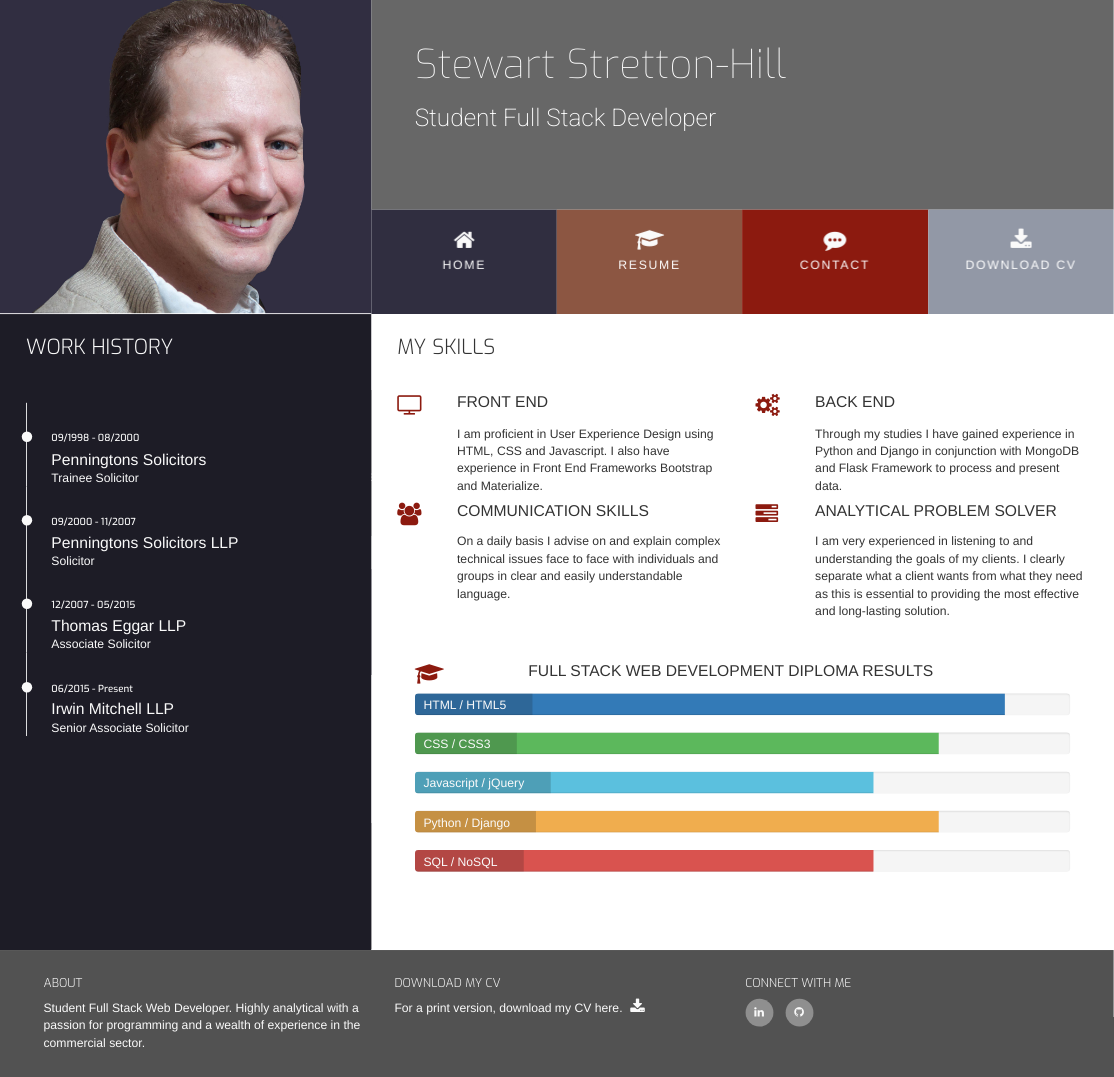
Repository: Shilldon/CV
Page: resume.html
The author's editor kept a record of every edit. The page is drawn from the files as they stood at one moment, then again after the next edit.
The browser window is 1280 px wide. The pictures show the whole page, at 87% of full size.

Above is the page before.

### resume.html
<!DOCTYPE html>
<html lang="en">

<head>
    <link rel="stylesheet" href="https://maxcdn.bootstrapcdn.com/bootstrap/3.3.7/css/bootstrap.min.css" type="text/css" />
    <link rel="stylesheet" href="https://stackpath.bootstrapcdn.com/font-awesome/4.7.0/css/font-awesome.min.css" type="text/css" />
    <link rel="stylesheet" href="https://cdnjs.cloudflare.com/ajax/libs/hover.css/2.3.1/css/hover-min.css" type="text/css" />
    <link rel="stylesheet" href="assets/css/style.css" type="text/css" />
    <meta name="viewport" content="width=device-width, initial-scale-1">
</head>

<body>
    <header class="container-fluid">
        <div class="row">
            <a href="index.html" alt="profile image">
                <div class="col-md-4 logo"></div>
            </a>
            <div class="col-md-8">
                <div class="row bg-color-name-title">
                    <div class="heading">
                        <h1 class="name">Stewart Stretton-Hill</h1>
                        <h2 class="title">Student Full Stack Developer</h2>
                    </div>
                </div>

                <div class="row">
                    <ul id="nav" class="list-inline clearfix">
                        <li class="col-xs-6 col-sm-3 ui-menu-color-home menuitem">
                            <a href="index.html" class="hvr-sweep-to-bottom"><i class="fa fa-home" aria-hidden="true"></i><span>Home</span></a>
                        </li>
                        <li class="col-xs-6 col-sm-3 ui-menu-color-resume menuitem">
                            <a href="resume.html" class="hvr-sweep-to-bottom"><i class="fa fa-graduation-cap" aria-hidden="true"></i><span>Resume</span></a>
                        </li>
                        <li class="col-xs-6 col-sm-3 ui-menu-color-contact menuitem">
                            <a href="contact.html" class="hvr-sweep-to-bottom"><i class="fa fa-commenting" aria-hidden="true"></i><span>Contact</span></a>
                        </li>
                        <li class="col-xs-6 col-sm-3 ui-menu-color-download menuitem">
                            <a href="assets/cv/sample-cv.pdf" target="_blank" class="hvr-sweep-to-bottom"><i class="fa fa-download" aria-hidden="true"></i><span>Download CV</span></a>
                        </li>
                    </ul>
                </div>
            </div>
        </div>
    </header>

    <section class="container-fluid">
        <div class="row row-table">
            <div class="col-xs-12 col-sm-12 col-md-4 bg-color-work-history section-column">
                <div class="row">
                    <div class="col-md-12">
                        <h3 class="history-heading uppercase">Work History</h3>
                    </div>
                </div>

                <div class="history-items">
                    <div class="timeline-item" dates="09/1998 - 08/2000">
                        <h4>Penningtons Solicitors</h4>
                        <p>Trainee Solicitor</p>
                    </div>
                    <div class="timeline-item" dates="09/2000 - 11/2007">
                        <h4>Penningtons Solicitors LLP</h4>
                        <p>Solicitor</p>
                    </div>
                    <div class="timeline-item" dates="12/2007 - 05/2015">
                        <h4>Thomas Eggar LLP</h4>
                        <p>Associate Solicitor</p>
                    </div>
                    <div class="timeline-item" dates="06/2015 - Present">
                        <h4>Irwin Mitchell LLP</h4>
                        <p>Senior Associate Solicitor</p>
                    </div>
                </div>

            </div>
            <div class="col-xs-12 col-sm-12 col-md-8 bg-color-three-reasons section-column">
                <div class="row">
                    <div class="col-md-12">
                        <h3 class="section-heading uppercase">My Skills</h3>
                    </div>
                </div>

                <div class="row">
                    <div class="col-xs-10 col-xs-offset-1 col-sm-offset-0 col-sm-4 col-md-6">
                        <div class="row">
                            <div class="col-xs-2 col-sm-2 col-md-2">
                                <i class="three-reasons-icon fa fa-tv" aria-hidden="true"></i>
                            </div>
                            <div class="col-xs-10 col-sm-10 ">
                                <h4 class="three-reasons-heading uppercase">Front End</h4>
                                <p>
                                    I am proficient in User Experience Design using HTML, CSS and Javascript. I also have experience in Front End Frameworks Bootstrap and Materialize.
                                </p>
                            </div>
                        </div>
                    </div>
                    <div class="col-xs-10 col-xs-offset-1 col-sm-offset-0 col-sm-4 col-md-6">
                        <div class="row">
                            <div class="col-xs-2 col-sm-2 col-md-2">
                                <i class="three-reasons-icon fa fa-gears" aria-hidden="true"></i>
                            </div>
                            <div class="col-xs-10 col-sm-10 ">
                                <h4 class="three-reasons-heading uppercase">Back End</h4>
                                <p>
                                    Through my studies I have gained experience in Python and Django in conjunction with MongoDB and Flask Framework to process and present data.</p>
                            </div>
                        </div>
                    </div>
                </div>
                <div class="row">
                    <div class="col-xs-10 col-xs-offset-1 col-sm-offset-0 col-sm-4 col-md-6">
                        <div class="row">
                            <div class="col-xs-2 col-sm-2 col-md-2">
                                <i class="three-reasons-icon fa fa-users" aria-hidden="true"></i>
                            </div>
                            <div class="col-xs-10 col-sm-10 ">
                                <h4 class="three-reasons-heading uppercase">Communication Skills</h4>
                                <p>
                                    On a daily basis I advise on and explain complex technical issues face to face with individuals and groups in clear and easily understandable language.
                                </p>
                            </div>
                        </div>
                    </div>
                    <div class="col-xs-10 col-xs-offset-1 col-sm-offset-0 col-sm-4 col-md-6">
                        <div class="row">
                            <div class="col-xs-2 col-sm-2 col-md-2">
                                <i class="three-reasons-icon fa fa-tasks" aria-hidden="true"></i>
                            </div>
                            <div class="col-xs-10 col-sm-10 ">
                                <h4 class="three-reasons-heading uppercase">Analytical Problem Solver</h4>
                                <p>
                                    I am very experienced in listening to and understanding the goals of my clients. I clearly separate what a client wants from what they need as this is essential to providing the most effective and long-lasting solution.
                                </p>
                            </div>
                        </div>
                    </div>
                </div>
                <div class="progress-section row">
                    <div class="row">
                        <div class="col-xs-2 col-sm-2 col-md-2">
                            <i class="three-reasons-icon fa fa-graduation-cap" aria-hidden="true"></i>
                        </div>
                        <div class="col-xs-10 col-sm-10">
                            <h4 class="three-reasons-heading uppercase">Full Stack Web Development Diploma Results</h4>
                        </div>
                    </div>

                    <div class="progress">
                        <div class="progress-bar" role="progressbar" aria-valuenow="90" aria-valuemin="0" aria-valuemax="100" style="width:90%">
                            <span class="sr-only"> 90% </span>
                            <!-- screen reader only - sr-only -->
                        </div>
                        <span class="progress-type">HTML / HTML5</span>
                    </div>
                    <div class="progress">
                        <div class="progress-bar progress-bar-success" role="progressbar" aria-valuenow="80" aria-valuemin="0" aria-valuemax="100" style="width:80%">
                            <span class="sr-only"> 80% </span>
                            <!-- screen reader only - sr-only -->
                        </div>
                        <span class="progress-type">CSS / CSS3</span>
                    </div>
                    <div class="progress">
                        <div class="progress-bar progress-bar-info" role="progressbar" aria-valuenow="70" aria-valuemin="0" aria-valuemax="100" style="width:70%">
                            <span class="sr-only"> 70% </span>
                            <!-- screen reader only - sr-only -->
                        </div>
                        <span class="progress-type">Javascript / jQuery</span>
                    </div>
                    <div class="progress">
                        <div class="progress-bar progress-bar-warning" role="progressbar" aria-valuenow="80" aria-valuemin="0" aria-valuemax="100" style="width:80%">
                            <span class="sr-only"> 80% </span>
                            <!-- screen reader only - sr-only -->
                        </div>
                        <span class="progress-type">Python / Django</span>
                    </div>
                    <div class="progress">
                        <div class="progress-bar progress-bar-danger" role="progressbar" aria-valuenow="70" aria-valuemin="0" aria-valuemax="100" style="width:70%">
                            <span class="sr-only"> 70% </span>
                            <!-- screen reader only - sr-only -->
                        </div>
                        <span class="progress-type">SQL / NoSQL</span>
                    </div>

                </div>
            </div>
        </div>
    </section>

    <footer class="container-fluid">
        <div id="footer-details" class="row">
            <div class="col-sm-4">
                <h5 class="uppercase general-sub">About</h5>
                <p class="inline-block">
                    Student Full Stack Web Developer. Highly analytical with a passion for programming and a wealth of experience in the commercial sector.
                </p>
            </div>
            <div class="col-sm-4">
                <h5 class="uppercase general-sub">Download My CV</h5>
                <p class="inline-block">
                    For a print version, download my CV here.
                    <a href="assets/cv/sample-cv.pdf" target="_blank" class="cv-pdf"><i class="fa fa-download" aria-hidden="true"></i></a>
                </p>
            </div>
            <div class="col-sm-4">
                <h5 class="uppercase general-sub">Connect with me</h5>
                <ul class="list-inline social-links">
                    <li><a target=".blank" href="https://www.linkedin.com/in/stewartstrettonhill/"><i class="fa fa-linkedin"></i></a></li>
                    <li><a target="_blank" href="https://github.com/Shilldon/"><i class="fa fa-github" aria-hidden="true"></i></i></a></li>
                </ul>
            </div>
        </div>

    </footer>
</body>

</html>

### assets/css/style.css
@import url('https://fonts.googleapis.com/css?family=Roboto:100,200,300,400,500,600,700|Exo:100,200,300,400,500,600,700');

/*-------------------------------------------Colors*/

.bg-color-name-title {
    background-color: #676767;
}

.bg-color-three-reasons {
    background-color: #ffffff;
}

.bg-color-personal-info {
    background-color: #f4f4f4;
}

.bg-color-work-history {
    background-color: rgb(29, 28, 38);
}

.bg-color-contact {
    background-color: #ffffff;
}

.ui-menu-color-home {
    background-color: #302E40;
}

.ui-menu-color-resume {
    background-color: #8C5642;
}

.ui-menu-color-contact {
    background-color: #8C1A0F;
}

.ui-menu-color-download {
    background-color: #9298A6;
}


/*-------------------------------------------Special Padding/Margins/Text*/

h1,
h2,
h3,
h4 {
    margin: 0;
}

.uppercase {
    text-transform: uppercase;
}

.general-sub {
    font-family: "Exo", sans-serif;
    font-weight: 300;
    color: #fafafa;
}

.inline-block {
    display: inline-block;
}

.row-table {
    display: table;
}

.history-heading,
.section-heading {
    font-family: "Exo", sans-serif;
    font-weight: 300;
    margin-top: 25px;
    margin-bottom: 40px;
}

/*-------------------------------------------Heading*/

header {
    margin: 0;
}

.heading {
    margin-left: 50px;
}

.logo {
    background: url("../images/headshot.jpg");
    background-position: center;
    background-repeat: no-repeat;
    background-size: cover;
    min-height: 360px;
    transition: all .5s ease-in-out;
    -moz-transition: all .5s ease-in-out;
    -webkit-transition: all .5s ease-in-out;
}

.name {
    font-family: "Exo", sans-serif;
    font-weight: 100;
    font-size: 46px;
    margin-top: 50px;
    color: #ffffff;
}

.title {
    font-family: "Roboto", sans-serif;
    font-weight: 200;
    font-size: 28px;
    margin-top: 20px;
    margin-bottom: 90px;
    color: #ffffff;
}

#nav {
    margin: 0;
}

#nav li {
    padding: 0;
}

.menuitem {
    height: 120px;
    text-align: center;
    padding: 0;
}

.menuitem a {
    width: 100%;
    text-decoration: none;
    color: #ffffff;
    height: 120px;
}

.menuitem a i {
    padding-top: 22px;
    display: block;
    color: #fafafa;
    font-size: 26px;
}

.menuitem span {
    display: block;
    width: 100%;
    padding-top: 5px;
    text-align: center;
    text-transform: uppercase;
    font-size: 14px;
    font-weight: 300;
    letter-spacing: 2px;
}

/*-------------------------------------------Hover.css*/

.hvr-sweep-to-bottom:before {
    background: rgba(0, 0, 0, 0.2);
    height: 120px;
}


/*-------------------------------------------Footer*/

footer {
    background-color: #525252;
    color: #fafafa;
    min-height: 120px;
    margin: 0;
}

footer .cv-pdf i {
    color: #fafafa;
    text-align: center;
    font-size: 18px;
    padding-left: 5px;
}

footer .cv-pdf i:hover {
    color: #e84610;
    transition: all 0.35s ease-in-out;
    -moz-transition: all 0.35s ease-in-out;
    -webkit-transition: all 0.35s ease-in-out;
    -o-transition: all 0.35s ease-in-out;
}

.social-links {
    padding-bottom: 15px;
}

.social-links li a i {
    width: 32px;
    height: 32px;
    padding: 12px 0;
    border-radius: 50%;
    font-size: 13px;
    line-height: 7px;
    text-align: center;
    color: #fafafa;
    background: #8f8f8f;
    transition: all 0.35s ease-in-out;
    -moz-transition: all 0.35s ease-in-out;
    -webkit-transition: all 0.35s ease-in-out;
    -o-transition: all 0.35s ease-in-out;

}

.social-links li a i:hover {
    background: #8C1A0F;

}

#footer-details {
    margin: 20px;
}


/*-------------------------------------------Three Reasons*/

.three-reasons-icon {
    font-size: 26px;
    color: #8C1A0F;

}

.three-reasons-heading {
    margin-bottom: 15px;

}


/*-------------------------------------------Personal Info*/

.personal-info-item {
    margin-bottom: 20px;
    display: block;
    clear: both;

}

.personal-info-item .key,
.personal-info-item .value {
    padding-right: 8px;
}

.personal-info-item .key p,
.personal-info-item .value p {
    margin: 0;
}

.personal-info-item .key {
    display: inline-block;
    width: 30%;
    margin-right: 21px;
    padding-top: 2px;
    vertical-align: top;
}

.personal-info-item .key p {
    font-weight: 700;
}

.personal-info-item .value {
    display: inline-block;
    position: relative;
    width: 60%;
}

/*-------------------------------------------Skills*/

.progress {
    position: relative;
    height: 25px;
}

.progress-type {
    position: absolute;
    /*so text will sit on the progress bar */
    left: 0px;
    font-weight: 400;
    padding: 3px 30px 2px 10px;
    color: #fafafa;
    background-color: rgba(25, 25, 25, 0.2);
}

.progress-section {
    margin: 40px 20px;
}

/*-------------------------------------------Work History*/

.timeline-item {
    padding: 4em 2em 0em 2em;
    position: relative;
    color: #fafafa;
    border-left: 1px solid;
}

.timeline-item p {
    padding: 0;
    margin: 0;

}



.timeline-item::before {
    /*before is a pseudo element */
    content: attr(dates);
    /*search for attribute called dates and display value assocaited with that dates key */
    /*content - i.e. put in whatever the value of content is */
    position: absolute;
    left: 2.5em;
    top: 3em;
    display: block;
    font-family: "Exo", sans-serif;
    font-weight: 500;
    font-size: 0.8em;
    padding: 0;
    margin: 0;

}

.timeline-item::after {
    width: 12px;
    height: 12px;
    display: block;
    top: 2.4em;
    position: absolute;
    left: -6px;
    border-radius: 12px;
    content: '';
    background: #fafafa;
}


.history-heading {
    color: #fafafa;
    margin-bottom: 50px;
}

.history-items {
    margin-bottom: 30px;
}

/*-------------------------------------------Contact*/

.contact-heading {
    font-family: "Exo", sans-serif;
    font-weight: 300;
    margin-top: 25px;
    margin-bottom: 20px;
}
/*
.center-form {
    padding-top: 10px;
    margin: 0 auto;
    max-width: 70%;
}

button[type="submit"] {
    margin-top: 15px;
    margin-bottom: 20px;
    background-color: #e84610;
    color: #fafafa;
}
*/
.contact-details {
    padding:40px;
}
.contact-details .row {
    padding:20px 20px;
}
/*-------------------------------------------Media Queries*/

@media(min-width: 992px) {
    .section-column {
        padding: 0 30px 30px;
        float: none;
        display: table-cell;
    }

    .center-form {
        padding-top: 30px;
        min-height: 240px;
        margin: 0 auto;
        max-width: 50%;
    }
}

After the next edit:
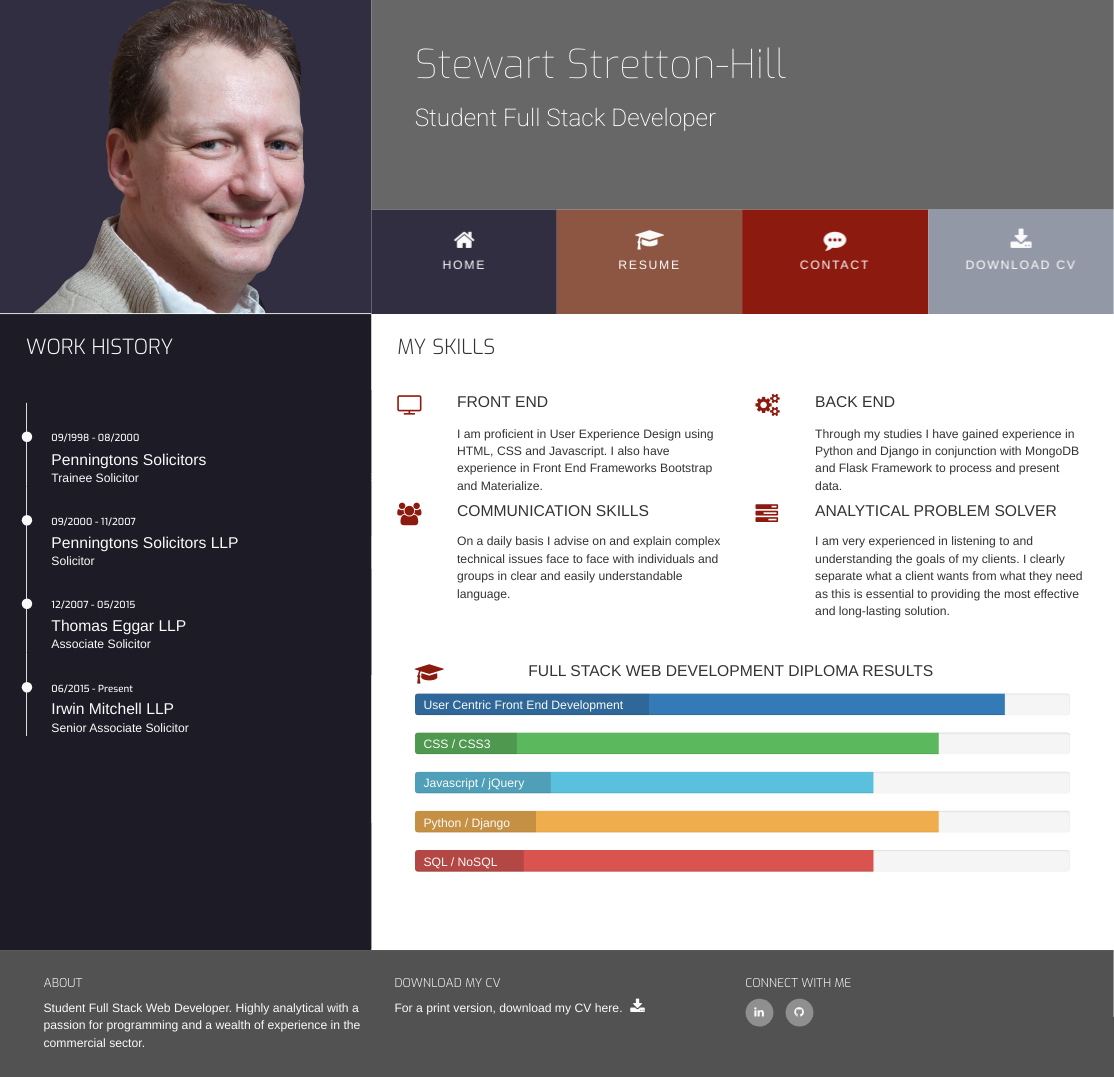
The edit:
--- a/resume.html
+++ b/resume.html
@@ -149,7 +149,7 @@
                             <span class="sr-only"> 90% </span>
                             <!-- screen reader only - sr-only -->
                         </div>
-                        <span class="progress-type">HTML / HTML5</span>
+                        <span class="progress-type">User Centric Front End Development</span>
                     </div>
                     <div class="progress">
                         <div class="progress-bar progress-bar-success" role="progressbar" aria-valuenow="80" aria-valuemin="0" aria-valuemax="100" style="width:80%">
